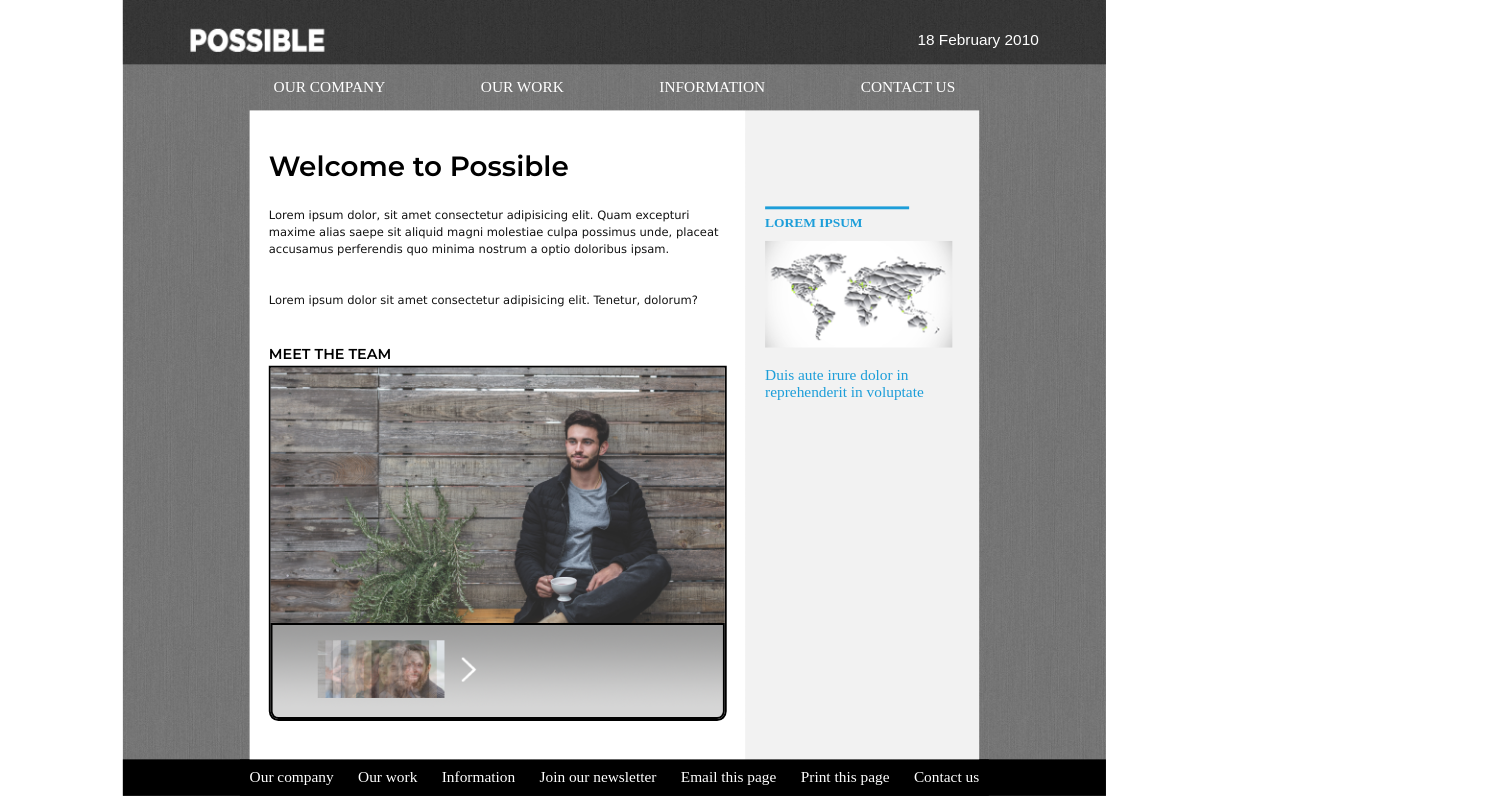
Repository: grzegorzgebala/possible-site
Page: index.html
These files come from the project's save history. The page is drawn as it stood at one moment and after the next save; the edit follows.
The browser window is 1280 px wide. The page is 1567 px wide, so the pictures cover 1567 px, including what lies to the right of the window. The pictures show the whole page, at 96% of full size.
The style sheet was rebuilt from its Sass, Less or Tailwind sources for each picture, by a compiler version that may differ from the author's.

Above is the page before, as saved 2020-02-18 18:54:32.

After the next save:
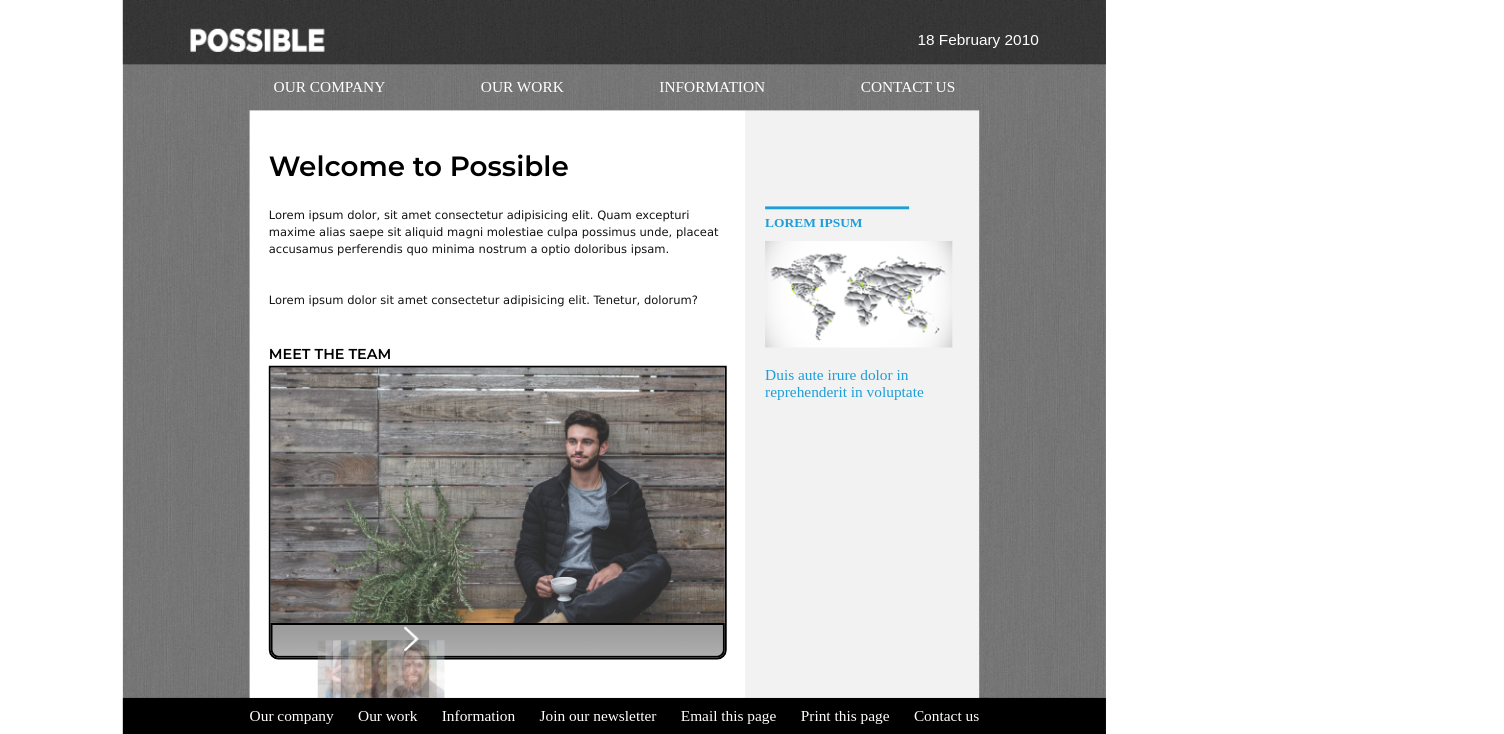
Saved 17 s later.
--- a/index.html
+++ b/index.html
@@ -80,12 +80,13 @@
                                     </li>
                                     <li class="carouselSlide">
                                         <div class="pictureContainer">
-                                        <img c  lass="carouselImage" src="/images/employees/min9.png" alt="person9">
+                                            <img class="carouselImage" src="/images/employees/min9.png" alt="person9">
                                         </div>
                                     </li>
                                     <li class="carouselSlide">
-                                        <!-- <div class="pictureContainer"></div> -->
-                                        <img class="carouselImage" src="/images/employees/min10.png" alt="person10">
+                                        <div class="pictureContainer">
+                                            <img class="carouselImage" src="/images/employees/min10.png" alt="person10">
+                                        </div>
                                     </li>
                                 </ul>
                             </div>
